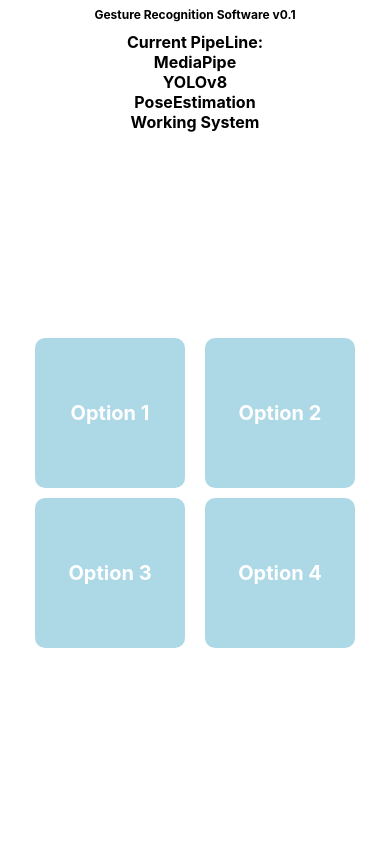
Repository: hajin-park/V-QUIP
Page: / (app in frontend/react-native-app/)
The author's editor kept a copy of each file at every save. The page is drawn from the files as they stood at one save, then again after the next save.
The browser window is 390 px wide. The pictures show the whole page.
The app was drawn by React Native's web renderer in a window 390 px wide. The project was rebuilt for these pictures with package versions that can differ from the ones it lists, and the page was loaded fresh each time.

Above is the page before, as saved 2024-03-29 13:05:00.

After the next save:
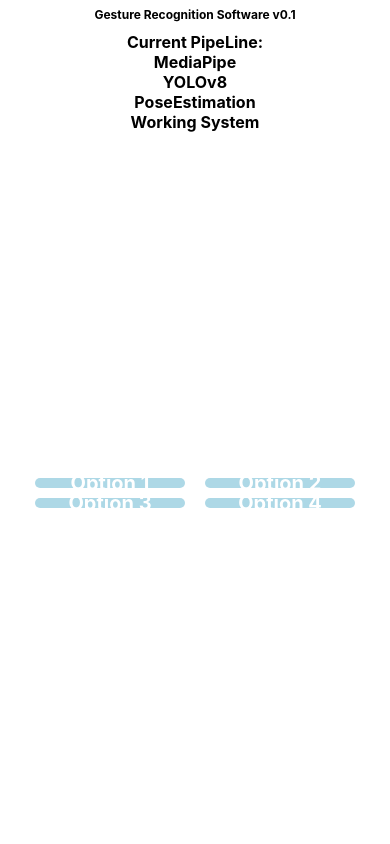
Saved 61 s later.
--- a/frontend/react-native-app/App.js
+++ b/frontend/react-native-app/App.js
@@ -63,7 +63,7 @@
   },
   content: {
     flex: 1,
-    //alignItems: 'center',
+    alignItems: 'center',
     justifyContent: 'center',
   },
   row: {
@@ -73,7 +73,7 @@
   },
   box: {
     width: 150,
-    height: 150,
+    height: 10,
     backgroundColor: '#ADD8E6', // Light blue color
     borderRadius: 10, // Rounded edges
     alignItems: 'center',

After the save that followed:
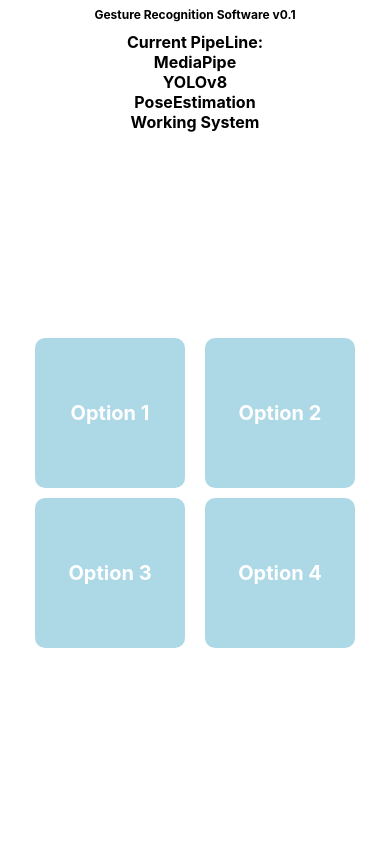
Saved 3 min 21 s later.
--- a/frontend/react-native-app/App.js
+++ b/frontend/react-native-app/App.js
@@ -73,7 +73,7 @@
   },
   box: {
     width: 150,
-    height: 10,
+    height: 150,
     backgroundColor: '#ADD8E6', // Light blue color
     borderRadius: 10, // Rounded edges
     alignItems: 'center',
